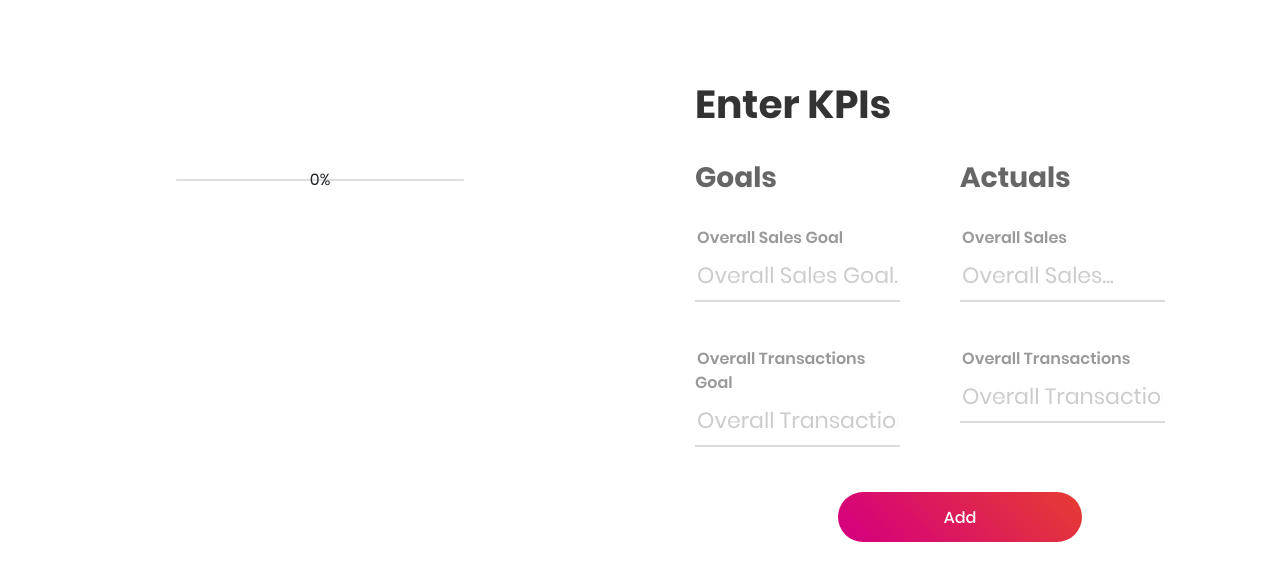
Repository: jameyel/kpi-entry
Page: index.html
An editor plug-in stored every save of this project. The page is shown before and after the next save, followed by the edit.
The browser window is 1280 px wide. The pictures show the whole page.

Above is the page before, as saved 2018-12-10 09:52:23.

### index.html
<!DOCTYPE html>
<html lang="en">
  <head>
    <title>Contact V13</title>
    <meta charset="UTF-8" />
    <meta name="viewport" content="width=device-width, initial-scale=1" />
    <!--
      ===============================================================================================
    -->
    <link rel="icon" type="image/png" href="images/icons/favicon.ico" />
    <!--
      ===============================================================================================
    -->
    <link
      rel="stylesheet"
      type="text/css"
      href="vendor/bootstrap/css/bootstrap.min.css"
    />
    <!--
      ===============================================================================================
    -->
    <link
      rel="stylesheet"
      type="text/css"
      href="fonts/font-awesome-4.7.0/css/font-awesome.min.css"
    />
    <!--
      ===============================================================================================
    -->
    <link
      rel="stylesheet"
      type="text/css"
      href="fonts/Linearicons-Free-v1.0.0/icon-font.min.css"
    />
    <!--
      ===============================================================================================
    -->
    <link
      rel="stylesheet"
      type="text/css"
      href="fonts/iconic/css/material-design-iconic-font.min.css"
    />
    <!--
      ===============================================================================================
    -->
    <link rel="stylesheet" type="text/css" href="vendor/animate/animate.css" />
    <!--
      ===============================================================================================
    -->
    <link
      rel="stylesheet"
      type="text/css"
      href="vendor/css-hamburgers/hamburgers.min.css"
    />
    <!--
      ===============================================================================================
    -->
    <link
      rel="stylesheet"
      type="text/css"
      href="vendor/animsition/css/animsition.min.css"
    />
    <!--
      ===============================================================================================
    -->
    <link
      rel="stylesheet"
      type="text/css"
      href="vendor/select2/select2.min.css"
    />
    <!--
      ===============================================================================================
    -->
    <link
      rel="stylesheet"
      type="text/css"
      href="vendor/daterangepicker/daterangepicker.css"
    />
    <link rel="stylesheet" type="text/css" href="./css/loading-bar.css" />
    <!--
      ===============================================================================================
    -->
    <link rel="stylesheet" type="text/css" href="css/util.css" />
    <link rel="stylesheet" type="text/css" href="css/main.css" />
    <!--
      ===============================================================================================
    -->
  </head>
  <body>
    <div class="container-kpi100">
      <div class="kpi100-chart">
        <div
          class="ldBar label-center ldbar-overall-sales"
          style="width:50%;height:50%;margin:auto"
        ></div>
      </div>

      <div class="wrap-kpi100">
        <form class="kpi100-form validate-form">
          <span class="kpi100-form-title"> Enter KPIs </span>

          <div class="kpi100-form-sections">
            <div class="kpi100-form-section">
              <span class="kpi100-form-subtitle"> Goals </span>
              <div
                class="wrap-input100 validate-input"
                data-validate="Overall Sales Goal is required: 123456"
              >
                <span class="label-input100">Overall Sales Goal</span>
                <input
                  class="input100 overall-sales-goal"
                  type="text"
                  name="overall_sales_goal"
                  placeholder="Overall Sales Goal..."
                />
                <span class="focus-input100"></span>
              </div>

              <div class="wrap-input100">
                <span class="label-input100">Overall Transactions Goal</span>
                <input
                  class="input100"
                  type="text"
                  name="overall_transactions_goal"
                  placeholder="Overall Transactions Goal..."
                />
                <span class="focus-input100"></span>
              </div>
            </div>

            <div class="kpi100-form-section">
              <span class="kpi100-form-subtitle"> Actuals </span>
              <div
                class="wrap-input100 validate-input"
                data-validate="Overall Sales are required"
              >
                <span class="label-input100">Overall Sales</span>
                <input
                  class="input100 overall-sales"
                  type="text"
                  name="overall_sales"
                  placeholder="Overall Sales..."
                />
                <span class="focus-input100"></span>
              </div>

              <div class="wrap-input100">
                <span class="label-input100">Overall Transactions</span>
                <input
                  class="input100"
                  type="text"
                  name="overall_transactions"
                  placeholder="Overall Transactions..."
                />
                <span class="focus-input100"></span>
              </div>
            </div>
          </div>

          <div class="container-kpi100-form-btn">
            <div class="wrap-kpi100-form-btn">
              <div class="kpi100-form-bgbtn"></div>
              <button class="kpi100-form-btn">Add</button>
            </div>
          </div>
        </form>
      </div>
    </div>

    <div id="dropDownSelect1"></div>

    <!--
      ===============================================================================================
    -->
    <script src="vendor/jquery/jquery-3.2.1.min.js"></script>
    <!--
      ===============================================================================================
    -->
    <script src="vendor/animsition/js/animsition.min.js"></script>
    <!--
      ===============================================================================================
    -->
    <script src="vendor/bootstrap/js/popper.js"></script>
    <script src="vendor/bootstrap/js/bootstrap.min.js"></script>
    <!--
      ===============================================================================================
    -->
    <script src="vendor/select2/select2.min.js"></script>
    <!--
      ===============================================================================================
    -->
    <script src="vendor/daterangepicker/moment.min.js"></script>
    <script src="vendor/daterangepicker/daterangepicker.js"></script>
    <!--
      ===============================================================================================
    -->
    <script src="vendor/countdowntime/countdowntime.js"></script>
    <!--
      ===============================================================================================
    -->
    <script src="js/chart-custom.js"></script>
    <!--
      ===============================================================================================
    -->
    <script type="text/javascript" src="./js/loading-bar.js"></script>
    <script src="js/main.js"></script>
  </body>
</html>

### css/main.css
/*//////////////////////////////////////////////////////////////////
[ FONT ]*/

@font-face {
  font-family: Poppins-Regular;
  src: url('../fonts/poppins/Poppins-Regular.ttf');
}

@font-face {
  font-family: Poppins-Medium;
  src: url('../fonts/poppins/Poppins-Medium.ttf');
}

@font-face {
  font-family: Poppins-Bold;
  src: url('../fonts/poppins/Poppins-Bold.ttf');
}

@font-face {
  font-family: Poppins-SemiBold;
  src: url('../fonts/poppins/Poppins-SemiBold.ttf');
}

/*//////////////////////////////////////////////////////////////////
[ RESTYLE TAG ]*/

* {
  margin: 0px;
  padding: 0px;
  box-sizing: border-box;
}

body,
html {
  height: 100%;
  font-family: Poppins-Regular, sans-serif;
}

/*---------------------------------------------*/
a {
  font-family: Poppins-Regular;
  font-size: 14px;
  line-height: 1.7;
  color: #666666;
  margin: 0px;
  transition: all 0.4s;
  -webkit-transition: all 0.4s;
  -o-transition: all 0.4s;
  -moz-transition: all 0.4s;
}

a:focus {
  outline: none !important;
}

a:hover {
  text-decoration: none;
}

/*---------------------------------------------*/
h1,
h2,
h3,
h4,
h5,
h6 {
  margin: 0px;
}

p {
  font-family: Poppins-Regular;
  font-size: 14px;
  line-height: 1.7;
  color: #666666;
  margin: 0px;
}

ul,
li {
  margin: 0px;
  list-style-type: none;
}

/*---------------------------------------------*/
input {
  outline: none;
  border: none;
}

input[type='number'] {
  -moz-appearance: textfield;
  appearance: none;
  -webkit-appearance: none;
}

input[type='number']::-webkit-outer-spin-button,
input[type='number']::-webkit-inner-spin-button {
  -webkit-appearance: none;
}

textarea {
  outline: none;
  border: none;
}

textarea:focus,
input:focus {
  border-color: transparent !important;
}

input:focus::-webkit-input-placeholder {
  color: transparent;
}
input:focus:-moz-placeholder {
  color: transparent;
}
input:focus::-moz-placeholder {
  color: transparent;
}
input:focus:-ms-input-placeholder {
  color: transparent;
}

textarea:focus::-webkit-input-placeholder {
  color: transparent;
}
textarea:focus:-moz-placeholder {
  color: transparent;
}
textarea:focus::-moz-placeholder {
  color: transparent;
}
textarea:focus:-ms-input-placeholder {
  color: transparent;
}

input::-webkit-input-placeholder {
  color: #cccccc;
}
input:-moz-placeholder {
  color: #cccccc;
}
input::-moz-placeholder {
  color: #cccccc;
}
input:-ms-input-placeholder {
  color: #cccccc;
}

textarea::-webkit-input-placeholder {
  color: #cccccc;
}
textarea:-moz-placeholder {
  color: #cccccc;
}
textarea::-moz-placeholder {
  color: #cccccc;
}
textarea:-ms-input-placeholder {
  color: #cccccc;
}

/*---------------------------------------------*/
button {
  outline: none !important;
  border: none;
  background: transparent;
}

button:hover {
  cursor: pointer;
}

iframe {
  border: none !important;
}

/*//////////////////////////////////////////////////////////////////
[ Contact ]*/

.container-kpi100 {
  width: 100%;
  min-height: 100vh;
  display: -webkit-box;
  display: -webkit-flex;
  display: -moz-box;
  display: -ms-flexbox;
  display: flex;
  flex-wrap: wrap;
  justify-content: flex-end;
  align-items: center;
  background: transparent;
  position: relative;
  z-index: 1;
}

.kpi100-chart {
  position: absolute;
  z-index: -2;
  /* width: calc(100% - 640px); */
  width: 50%;
  height: 100%;
  top: 0;
  left: 0;
  /* background: #000; */
}

.wrap-kpi100 {
  /* width: 640px; */
  width: 50%;
  min-height: 100vh;
  background: #fff;
  border-radius: 2px;
  padding: 82px 55px 33px 55px;
  position: relative;
}

.show-wrap-kpi100 {
  visibility: visible;
  opacity: 1;
}

/*==================================================================
[ Form ]*/

.kpi100-form {
  width: 100%;
  display: -webkit-box;
  display: -webkit-flex;
  display: -moz-box;
  display: -ms-flexbox;
  display: flex;
  flex-direction: column;
  flex-wrap: wrap;
  justify-content: space-between;
  padding-bottom: 68px;
}

.kpi100-form-sections {
  display: flex;
}

.kpi100-form-section {
  display: flex;
  flex-direction: column;
  width: 100%;
  margin-right: 60px;
}

.kpi100-form-title {
  /* display: block;
  width: 100%; */
  font-family: Poppins-Bold;
  font-size: 39px;
  color: #333;
  line-height: 1.2;
  text-align: left;
  padding-bottom: 32px;
}

.kpi100-form-subtitle {
  /* display: block;
  width: 100%; */
  font-family: Poppins-Bold;
  font-size: 28px;
  color: #666;
  line-height: 1.2;
  text-align: left;
  padding-bottom: 32px;
}

/*------------------------------------------------------------------
[ Input ]*/

.wrap-input100 {
  width: 100%;
  position: relative;
  border-bottom: 2px solid #dbdbdb;
  margin-bottom: 45px;
}

.label-input100 {
  font-family: Poppins-SemiBold;
  font-size: 16px;
  color: #999999;
  line-height: 1.2;
  padding-left: 2px;
}

.input100 {
  display: block;
  width: 100%;
  background: transparent;
  font-family: Poppins-Regular;
  font-size: 22px;
  color: #555555;
  line-height: 1.2;
  padding: 0 2px;
}

.focus-input100 {
  position: absolute;
  display: block;
  width: 100%;
  height: 100%;
  top: 0;
  left: 0;
  pointer-events: none;
}

.focus-input100::before {
  content: '';
  display: block;
  position: absolute;
  bottom: -2px;
  left: 0;
  width: 0;
  height: 2px;

  -webkit-transition: all 0.4s;
  -o-transition: all 0.4s;
  -moz-transition: all 0.4s;
  transition: all 0.4s;

  background: #df254e;
  background: -webkit-linear-gradient(45deg, #d5007d, #e53935);
  background: -o-linear-gradient(45deg, #d5007d, #e53935);
  background: -moz-linear-gradient(45deg, #d5007d, #e53935);
  background: linear-gradient(45deg, #d5007d, #e53935);
}

/*---------------------------------------------*/
input.input100 {
  height: 50px;
}

textarea.input100 {
  min-height: 140px;
  padding-top: 13px;
  padding-bottom: 13px;
}

.input100:focus + .focus-input100::before {
  width: 100%;
}

.has-val.input100 + .focus-input100::before {
  width: 100%;
}

/*------------------------------------------------------------------
[ Button ]*/
.container-kpi100-form-btn {
  width: 100%;
  display: -webkit-box;
  display: -webkit-flex;
  display: -moz-box;
  display: -ms-flexbox;
  display: flex;
  flex-wrap: wrap;
  justify-content: center;
}

.wrap-kpi100-form-btn {
  display: block;
  position: relative;
  z-index: 1;
  border-radius: 25px;
  overflow: hidden;
}

.kpi100-form-bgbtn {
  position: absolute;
  z-index: -1;
  width: 300%;
  height: 100%;
  background: #df2351;
  background: -webkit-linear-gradient(
    -135deg,
    #d5007d,
    #e53935,
    #d5007d,
    #e53935
  );
  background: -o-linear-gradient(-135deg, #d5007d, #e53935, #d5007d, #e53935);
  background: -moz-linear-gradient(-135deg, #d5007d, #e53935, #d5007d, #e53935);
  background: linear-gradient(-135deg, #d5007d, #e53935, #d5007d, #e53935);
  top: 0;
  left: -100%;
  -webkit-transition: all 0.4s;
  -o-transition: all 0.4s;
  -moz-transition: all 0.4s;
  transition: all 0.4s;
}
.kpi100-form-btn {
  display: -webkit-box;
  display: -webkit-flex;
  display: -moz-box;
  display: -ms-flexbox;
  display: flex;
  justify-content: center;
  align-items: center;
  padding: 0 20px;
  min-width: 244px;
  height: 50px;
  font-family: Poppins-Medium;
  font-size: 16px;
  color: #fff;
  line-height: 1.2;
}
.wrap-kpi100-form-btn:hover .kpi100-form-bgbtn {
  left: 0;
}
/* ------------------------------------------------------------------
[ Responsive ] */
@media (max-width: 576px) {
  .wrap-kpi100 {
    padding: 82px 15px 33px 15px;
  }
}
/* ------------------------------------------------------------------
[ Alert validate ] */
.validate-input {
  position: relative;
}
.alert-validate::before {
  content: attr(data-validate);
  position: absolute;
  max-width: 70%;
  background-color: #fff;
  border: 1px solid #c80000;
  border-radius: 2px;
  padding: 4px 30px 4px 10px;
  bottom: calc((100% - 25px) / 2);
  -webkit-transform: translateY(50%);
  -moz-transform: translateY(50%);
  -ms-transform: translateY(50%);
  -o-transform: translateY(50%);
  transform: translateY(50%);
  right: 2px;
  pointer-events: none;
  font-family: Poppins-Medium;
  color: #c80000;
  font-size: 14px;
  line-height: 1.4;
  text-align: left;
  visibility: hidden;
  opacity: 0;
  -webkit-transition: opacity 0.4s;
  -o-transition: opacity 0.4s;
  -moz-transition: opacity 0.4s;
  transition: opacity 0.4s;
}
.alert-validate::after {
  content: '\f06a';
  font-family: FontAwesome;
  display: block;
  position: absolute;
  color: #c80000;
  font-size: 16px;
  bottom: calc((100% - 25px) / 2);
  -webkit-transform: translateY(50%);
  -moz-transform: translateY(50%);
  -ms-transform: translateY(50%);
  -o-transform: translateY(50%);
  transform: translateY(50%);
  right: 8px;
}
.alert-validate:hover:before {
  visibility: visible;
  opacity: 1;
}
@media (max-width: 992px) {
  .alert-validate::before {
    visibility: visible;
    opacity: 1;
  }
}
.true-validate::after {
  content: '\f26b';
  font-family: Material-Design-Iconic-Font;
  font-size: 22px;
  color: #00ad5f;
  display: -webkit-box;
  display: -webkit-flex;
  display: -moz-box;
  display: -ms-flexbox;
  display: flex;
  align-items: center;
  justify-content: center;
  position: absolute;
  bottom: calc((100% - 25px) / 2);
  -webkit-transform: translateY(50%);
  -moz-transform: translateY(50%);
  -ms-transform: translateY(50%);
  -o-transform: translateY(50%);
  transform: translateY(50%);
  right: 5px;
}
/* ==================================================================
[ Contact more ] */
.kpi100-more {
  font-family: Poppins-Medium;
  font-size: 16px;
  color: #fff;
  position: fixed;
  z-index: -1;
  display: -webkit-box;
  display: -webkit-flex;
  display: -moz-box;
  display: -ms-flexbox;
  display: flex;
  justify-content: center;
  align-items: center;
  min-width: 212px;
  height: 50px;
  border-radius: 25px;
  background-color: #39b54a;
  padding: 0 20px;
  top: 50%;
  left: calc((100% - 640px) / 2);
  -webkit-transform: translate(-50%, -50%);
  -moz-transform: translate(-50%, -50%);
  -ms-transform: translate(-50%, -50%);
  -o-transform: translate(-50%, -50%);
  transform: translate(-50%, -50%);
}
.kpi100-more i {
  font-size: 20px;
  margin-right: 10px;
}
@media (max-width: 1200px) {
  .wrap-kpi100 {
    width: 440px;
  }
  .kpi100-map {
    width: calc(100% - 440px);
  }
  .kpi100-more {
    left: calc((100% - 440px) / 2);
  }
}
@media (max-width: 768px) {
  .wrap-kpi100 {
    width: 100%;
  }
  .kpi100-map {
    display: none;
  }
  .kpi100-more {
    position: absolute;
    background-color: transparent;
    color: #39b54a;
    bottom: 0px;
    top: auto;
    left: 50%;
    z-index: 10;
  }
}

Loaded but not shown: vendor/bootstrap/css/bootstrap.min.css (library); fonts/font-awesome-4.7.0/css/font-awesome.min.css (library); fonts/Linearicons-Free-v1.0.0/icon-font.min.css (library); fonts/iconic/css/material-design-iconic-font.min.css (library); vendor/animate/animate.css (library); vendor/css-hamburgers/hamburgers.min.css (library); vendor/animsition/css/animsition.min.css (library); vendor/select2/select2.min.css (library); vendor/daterangepicker/daterangepicker.css (library); css/loading-bar.css (common file); vendor/jquery/jquery-3.2.1.min.js (library); vendor/animsition/js/animsition.min.js (library); vendor/bootstrap/js/popper.js (library); vendor/bootstrap/js/bootstrap.min.js (library); vendor/select2/select2.min.js (library); vendor/daterangepicker/moment.min.js (library); vendor/daterangepicker/daterangepicker.js (library); vendor/countdowntime/countdowntime.js (common file); js/loading-bar.js (803 lines, source omitted); js/main.js (94 lines, source omitted); js/chart-custom.js (23 lines, source omitted); css/util.css (2984 lines, source omitted)

After the next save:
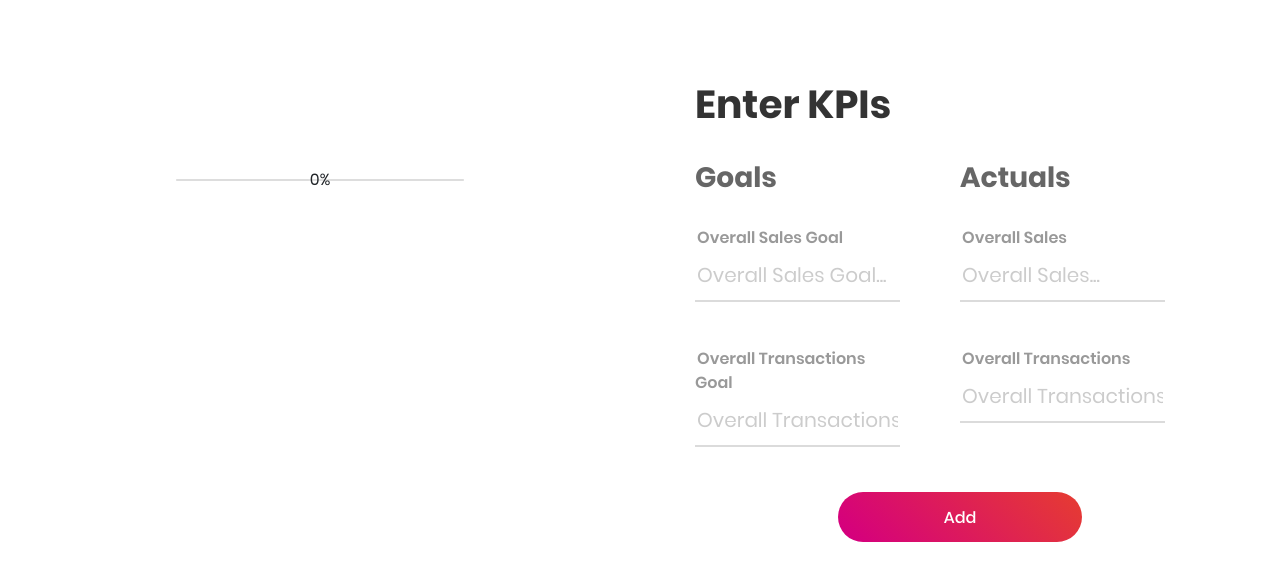
Saved 36 s later.
--- a/css/main.css
+++ b/css/main.css
@@ -292,7 +292,7 @@ iframe {
   width: 100%;
   background: transparent;
   font-family: Poppins-Regular;
-  font-size: 22px;
+  font-size: 20px;
   color: #555555;
   line-height: 1.2;
   padding: 0 2px;
@@ -479,7 +479,7 @@ textarea.input100 {
 .true-validate::after {
   content: '\f26b';
   font-family: Material-Design-Iconic-Font;
-  font-size: 22px;
+  font-size: 20px;
   color: #00ad5f;
   display: -webkit-box;
   display: -webkit-flex;
